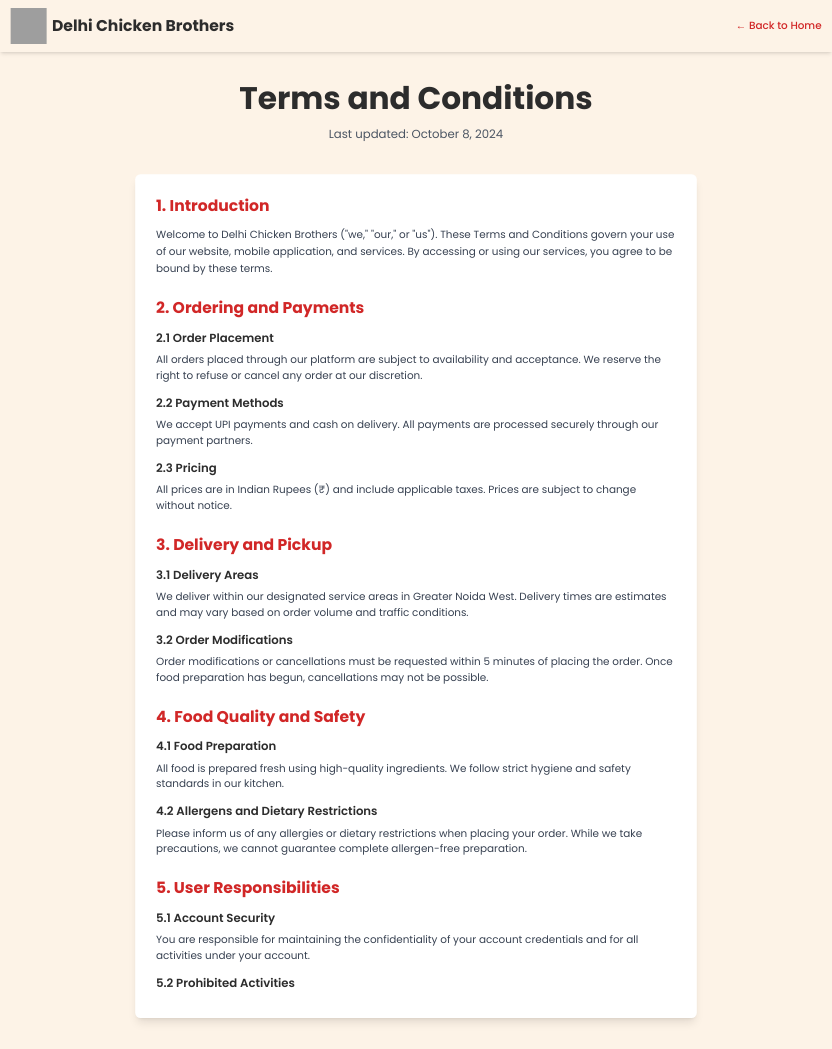
Repository: roydigital/dcb_pos_final
Page: terms-and-conditions.html
An editor plug-in stored every save of this project. The page is shown before and after a run of saves, followed by the edit.
The browser window is 1280 px wide. The pictures show the whole page, at 65% of full size.
Pictures or frames that could not be fetched are drawn as grey boxes. Some web libraries are served in a nearby version.

Above is the page before, as saved 2025-10-08 23:38:53.

After the next 8 saves:
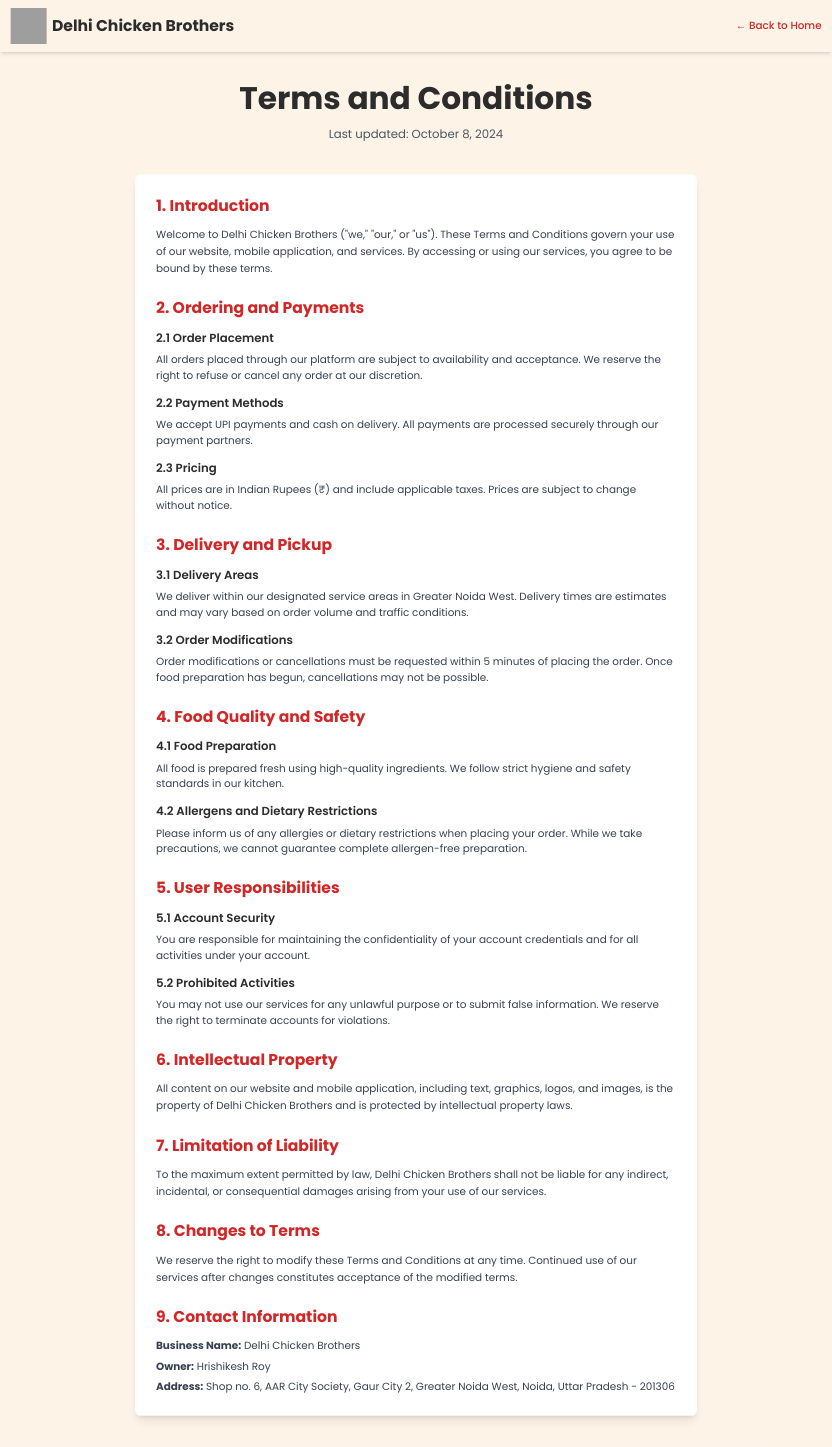
The 8 saves are shown as one change because they came seconds apart.
The last was saved 17 s later.
--- a/terms-and-conditions.html
+++ b/terms-and-conditions.html
@@ -114,3 +114,39 @@
                     </div>
                     <div>
                         <h3 class="text-lg font-semibold mb-2">5.2 Prohibited Activities</h3>
+                        <p class="text-gray-700">You may not use our services for any unlawful purpose or to submit false information. We reserve the right to terminate accounts for violations.</p>
+                    </div>
+                </div>
+            </section>
+
+            <!-- Intellectual Property -->
+            <section>
+                <h2 class="text-2xl font-bold mb-4 text-brand-red">6. Intellectual Property</h2>
+                <p class="text-gray-700 leading-relaxed">
+                    All content on our website and mobile application, including text, graphics, logos, and images, is the property of Delhi Chicken Brothers and is protected by intellectual property laws.
+                </p>
+            </section>
+
+            <!-- Limitation of Liability -->
+            <section>
+                <h2 class="text-2xl font-bold mb-4 text-brand-red">7. Limitation of Liability</h2>
+                <p class="text-gray-700 leading-relaxed">
+                    To the maximum extent permitted by law, Delhi Chicken Brothers shall not be liable for any indirect, incidental, or consequential damages arising from your use of our services.
+                </p>
+            </section>
+
+            <!-- Changes to Terms -->
+            <section>
+                <h2 class="text-2xl font-bold mb-4 text-brand-red">8. Changes to Terms</h2>
+                <p class="text-gray-700 leading-relaxed">
+                    We reserve the right to modify these Terms and Conditions at any time. Continued use of our services after changes constitutes acceptance of the modified terms.
+                </p>
+            </section>
+
+            <!-- Contact Information -->
+            <section>
+                <h2 class="text-2xl font-bold mb-4 text-brand-red">9. Contact Information</h2>
+                <div class="text-gray-700 space-y-2">
+                    <p><strong>Business Name:</strong> Delhi Chicken Brothers</p>
+                    <p><strong>Owner:</strong> Hrishikesh Roy</p>
+                    <p><strong>Address:</strong> Shop no. 6, AAR City Society, Gaur City 2, Greater Noida West, Noida, Uttar Pradesh - 201306</p>
